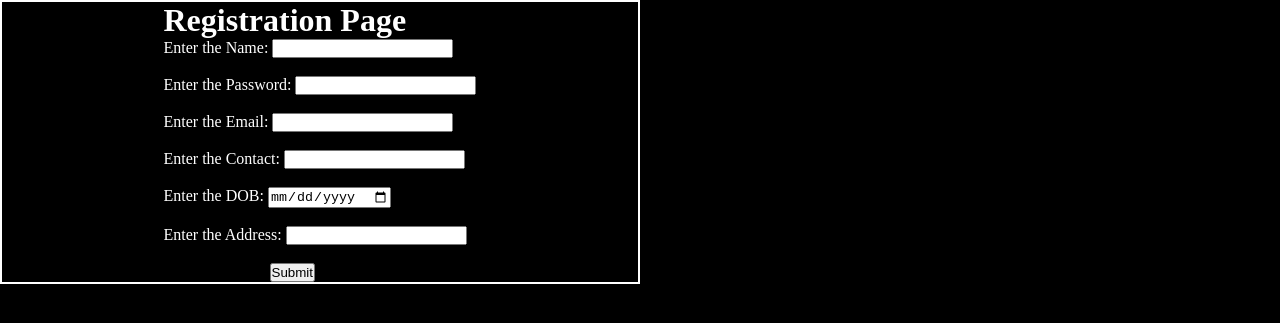
Repository: Pradeep4802/utopiatech
Page: eclipse-workspace/OwnServlet/src/main/webapp/Home.html
These files come from the project's save history. The page is drawn as it stood at one moment and after the next save; the edit follows.
The browser window is 1280 px wide. The pictures show the whole page.

Above is the page before, as saved 2023-10-09 10:13:29.

### eclipse-workspace/OwnServlet/src/main/webapp/Home.html
<!DOCTYPE html>
<html>
<head>
<meta charset="UTF-8">
<title>Form</title>
<style>
* {
	margin: 0;
	padding: 0;
	box-sizing: border-box;
}

body {
	background: black;
}

.container {
	border: 2px solid white;
	width: 50%;
	display: flex;
	justify-content: center;
}

.container form h1 {
	color: white;
}

label {
	color: white;
}

input[type="submit"] {
	margin-left :106px;
}
</style>
</head>
<body>
	<div class="container">
		<form action="" method="get">
			<h1>Registration Page</h1>

			<label for="user_name">Enter the Name: <input type="text"
				name="user_name" /></label><br><br> <label for="user_pass">Enter
				the Password: <input type="password" name="user_pass" />
			</label><br><br> <label for="user_email">Enter the Email: <input
				type="email" name="user_email" /></label><br><br> <label
				for="user_contact">Enter the Contact: <input type="number"
				name="user_contact" /></label><br><br> <label for="user_dob">Enter
				the DOB: <input type="date" name="user_dob" />
			</label><br><br> <label for="user_address">Enter the Address: <input
				type="text" name="user_address" /></label> <br><br> <input type="submit"
				value="Submit" />

		</form>
	</div>
</body>
</html>

After the next save:
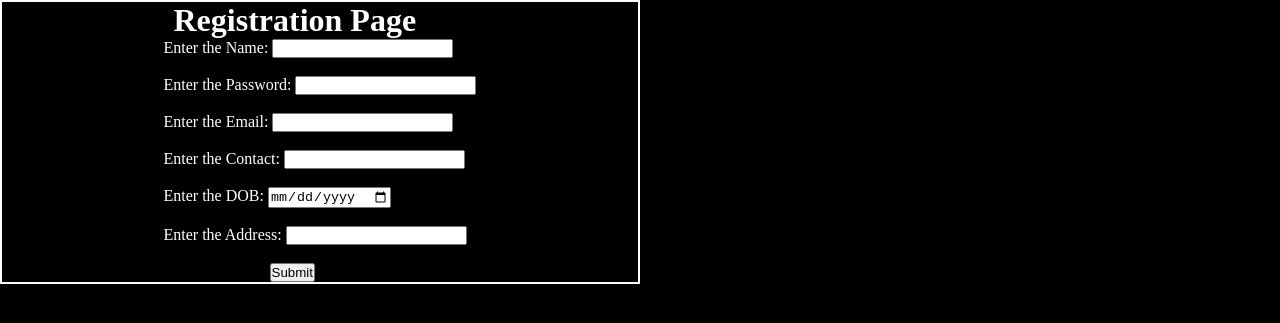
Saved 24 s later.
--- a/eclipse-workspace/OwnServlet/src/main/webapp/Home.html
+++ b/eclipse-workspace/OwnServlet/src/main/webapp/Home.html
@@ -23,6 +23,7 @@ body {
 
 .container form h1 {
 	color: white;
+	margin-left: 10px;
 }
 
 label {
